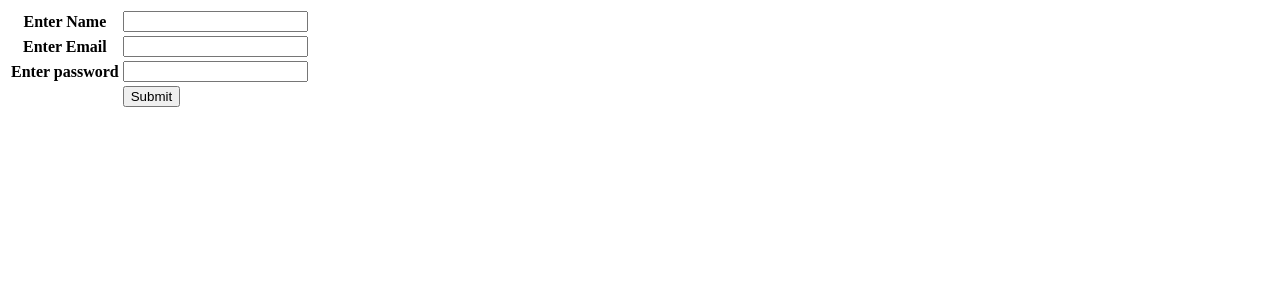
Repository: rishitagupta790/Final-java-assignment-placement
Page: iNeuron15_servletJdbc/src/main/webapp/index.html
The author's editor kept a copy of each file at every save. The page is drawn from the files as they stood at one save, then again after the next save.
The browser window is 1280 px wide. The pictures show the whole page.

Above is the page before, as saved 2023-05-24 02:23:28.

### iNeuron15_servletJdbc/src/main/webapp/index.html
<!DOCTYPE html>
<html>
<head>
<meta charset="ISO-8859-1">
<title>Welcome</title>
</head>
<body text-align='center'>
<div>
<form method="get" action='Controller' >

		<table>
			<tr>
				<th>Enter Name</th>
				<td><input type='text' name='name'>
			</tr>
			<tr>
				<th>Enter Email</th>
				<td><input type='text' name='email'></td>
			</tr>
			<tr>
				<th>Enter password</th>
				<td><input type='text' name='pass'></td>
			</tr>
			<tr>
				<td></td>
				<td><input type='submit' value="Submit"></td>
			</tr>
		</table>
	</form>
</div>
</body>
</html>

After the next save:
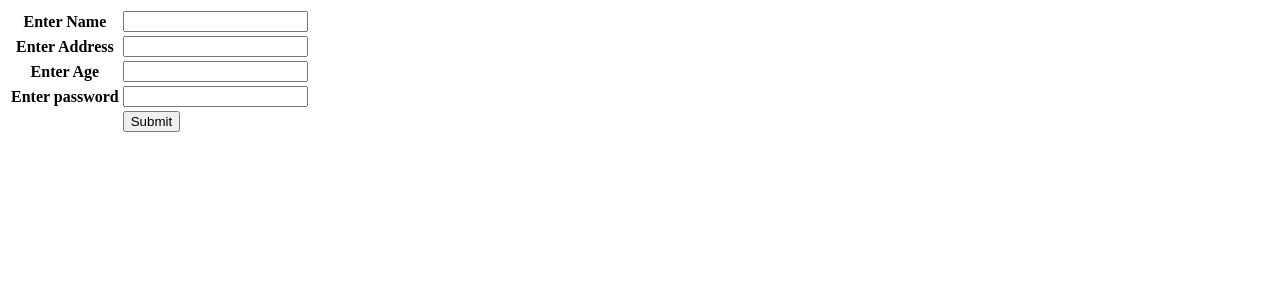
Saved 5 min 38 s later.
--- a/iNeuron15_servletJdbc/src/main/webapp/index.html
+++ b/iNeuron15_servletJdbc/src/main/webapp/index.html
@@ -4,29 +4,33 @@
 <meta charset="ISO-8859-1">
 <title>Welcome</title>
 </head>
-<body text-align='center'>
-<div>
-<form method="get" action='Controller' >
+<body >
+	<div>
+		<form method="get" action='Controller'>
 
-		<table>
-			<tr>
-				<th>Enter Name</th>
-				<td><input type='text' name='name'>
-			</tr>
-			<tr>
-				<th>Enter Email</th>
-				<td><input type='text' name='email'></td>
-			</tr>
-			<tr>
-				<th>Enter password</th>
-				<td><input type='text' name='pass'></td>
-			</tr>
-			<tr>
-				<td></td>
-				<td><input type='submit' value="Submit"></td>
-			</tr>
-		</table>
-	</form>
-</div>
+			<table>
+				<tr>
+					<th>Enter Name</th>
+					<td><input type='text' name='name'>
+				</tr>
+				<tr>
+					<th>Enter Address</th>
+					<td><input type='text' name='email'></td>
+				</tr>
+				<tr>
+					<th>Enter Age</th>
+					<td><input type='text' name='pass'></td>
+				</tr>
+				<tr>
+					<th>Enter password</th>
+					<td><input type='text' name='pass'></td>
+				</tr>
+				<tr>
+					<td></td>
+					<td><input type='submit' value="Submit"></td>
+				</tr>
+			</table>
+		</form>
+	</div>
 </body>
 </html>
